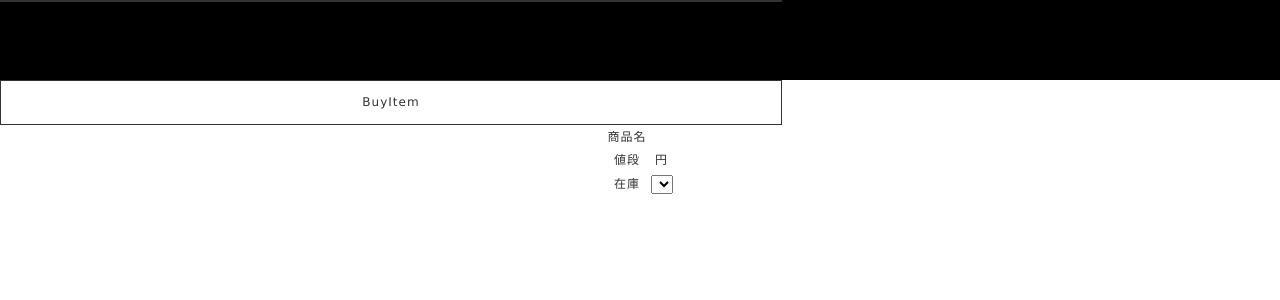
Repository: cha-git/ecsite
Page: http://localhost/template/buyItem.jsp
An editor plug-in stored every save of this project. The page is shown before and after the next save, followed by the edit.
The browser window is 1280 px wide. The pictures show the whole page.
The page is served by Tomcat 9.

Above is the page before, as saved 2018-12-21 10:38:20.

After the next save:
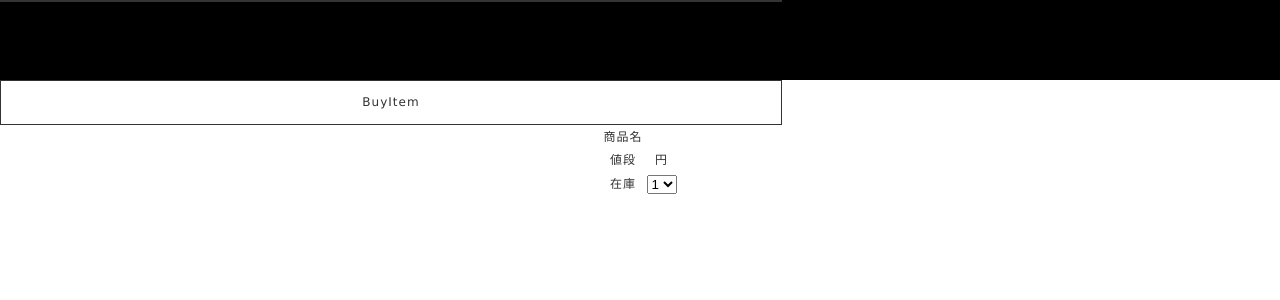
Saved 25 s later.
--- a/template/WebContent/buyItem.jsp
+++ b/template/WebContent/buyItem.jsp
@@ -91,6 +91,7 @@
 					</td>
 					<td>
 						<select name="stock">
+						<option value="1" selected="selected">1</option>
 					</td>
 				</tr>
 			</table>
